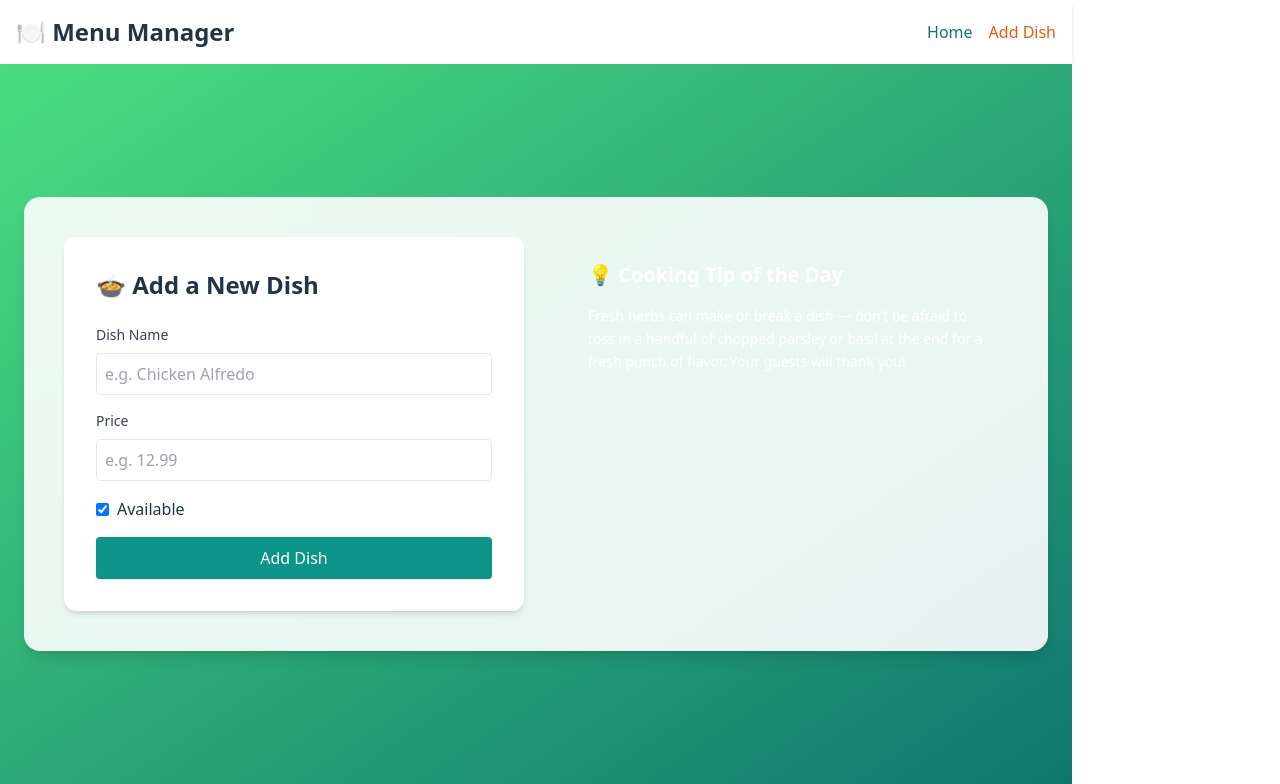
Repository: PEEZYBEE/react-hooks-phase-2-project
Page: /add (app in menu-manager/)
These files come from the project's save history. The page is drawn as it stood at one moment and after the next save; the edit follows.
The browser window is 1280 px wide. The pictures show the whole page.
The project was rebuilt for these pictures with package versions that can differ from the ones it lists, and the page was loaded fresh each time. Also part of the build but not shown: menu-manager/vite.config.js, menu-manager/src/components/Search.jsx, menu-manager/src/components/DishCard.jsx, menu-manager/src/components/DishList.jsx, menu-manager/src/pages/MenuPage.jsx, menu-manager/src/components/DishForm.jsx, menu-manager/src/pages/EditDishPage.jsx.

Above is the page before, as saved 2025-04-19 14:13:14.

After the next save:
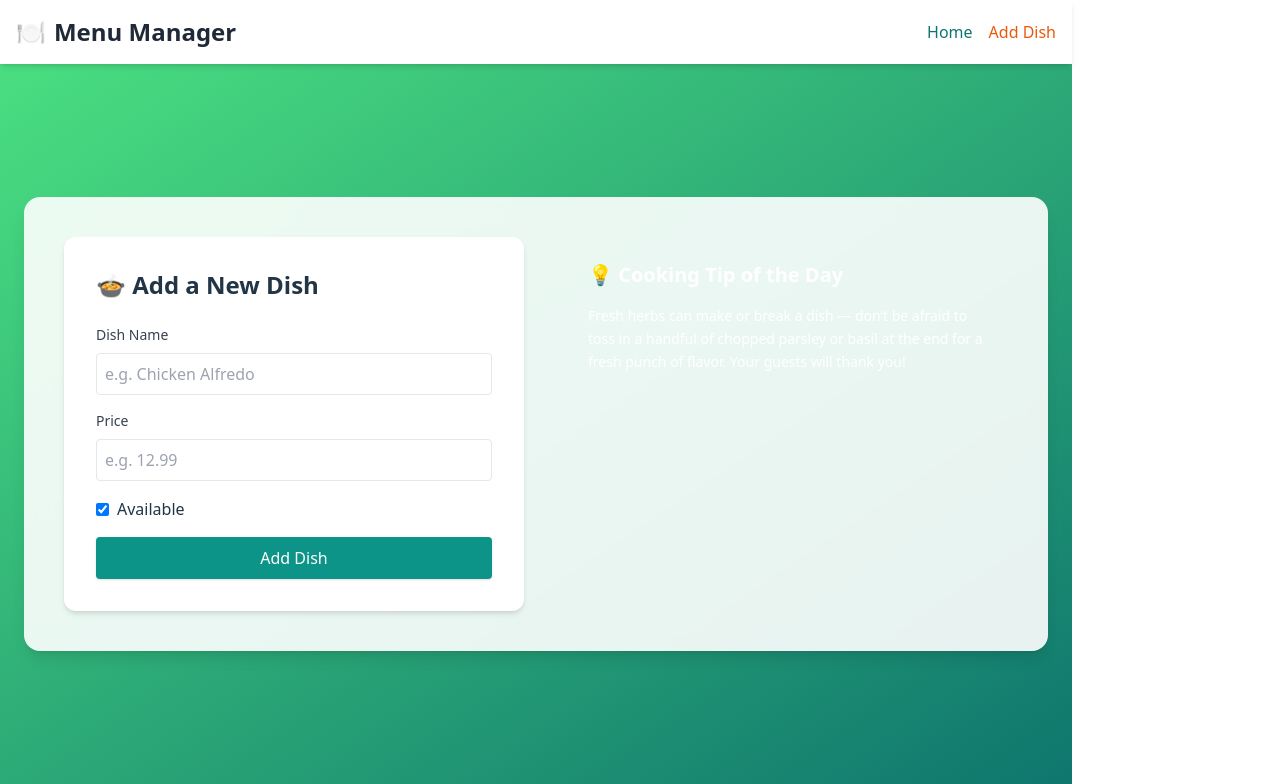
Saved 61 s later.
--- a/menu-manager/src/components/Header.jsx
+++ b/menu-manager/src/components/Header.jsx
@@ -2,16 +2,19 @@ import { Link } from "react-router-dom";
 
 function Header() {
   return (
-    <header className="bg-white p-4 shadow-md">
-      <div className="container mx-auto flex justify-between items-center">
-        <h1 className="text-2xl font-bold flex items-center gap-2">
-          🍽️ Menu Manager
+    <header className="bg-white p-4 shadow-md sticky top-0 z-50">
+      <div className="max-w-7xl mx-auto flex justify-between items-center">
+        {/* Title */}
+        <h1 className="text-2xl font-extrabold text-gray-800 flex items-center gap-2">
+          🍽️ <span>Menu Manager</span>
         </h1>
+
+        {/* Nav Links */}
         <nav className="space-x-4">
-          <Link to="/" className="text-teal-700 hover:underline">
+          <Link to="/" className="text-teal-700 font-medium hover:underline">
             Home
           </Link>
-          <Link to="/add" className="text-orange-600 hover:underline">
+          <Link to="/add" className="text-orange-600 font-medium hover:underline">
             Add Dish
           </Link>
         </nav>
